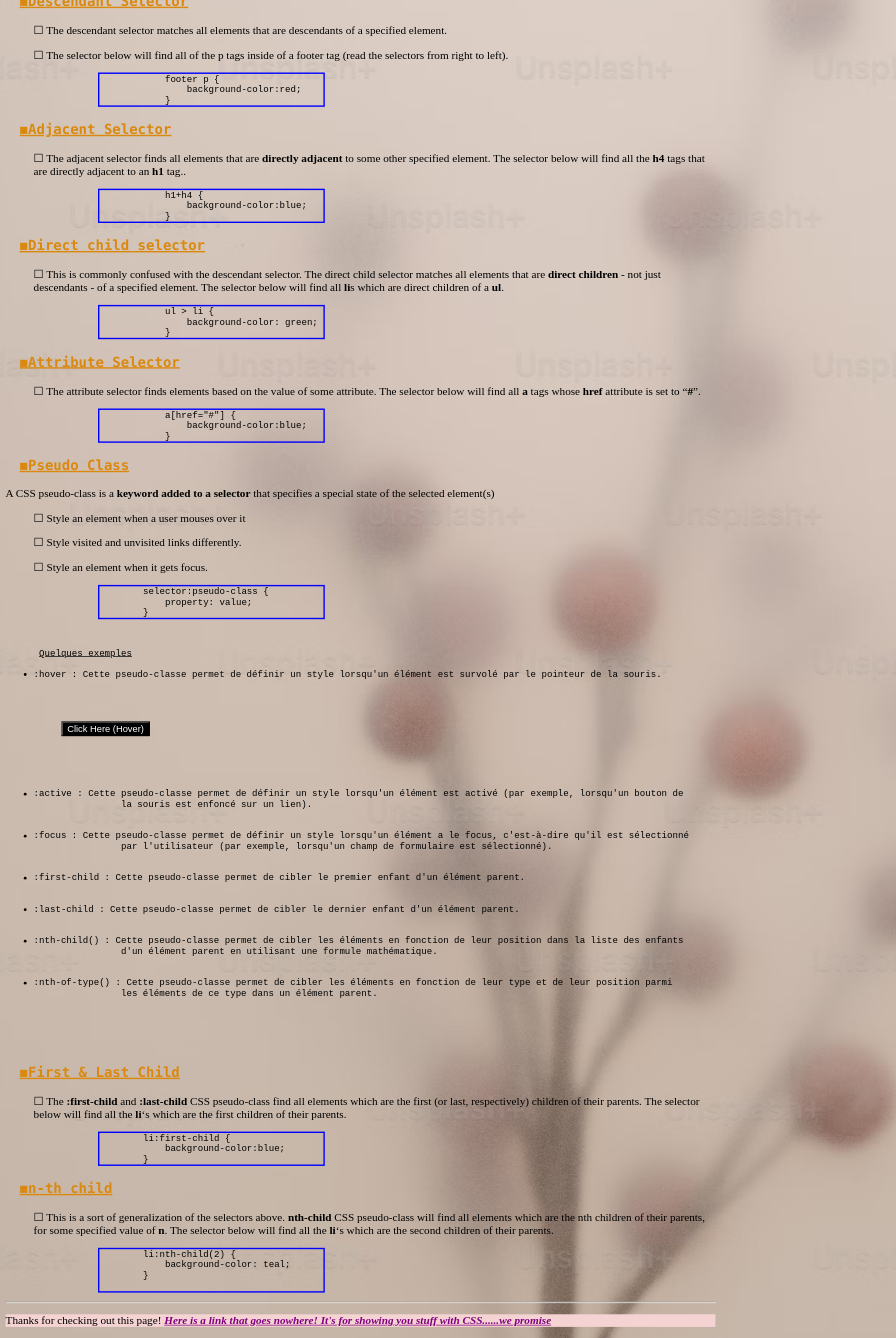
Repository: AnnaSpirit/Tests__
Page: CSS/Useful_Selectors.html
The author's editor kept a copy of each file at every save. The page is drawn from the files as they stood at one save, then again after a run of saves.
The browser window is 1280 px wide. The pictures show the part of the page from y = 751 to 2671 px (the page is 2663 px tall before and 2671 px after), at 70% of full size.

Above is the page before, as saved 2024-04-04 17:27:39.

After the next 4 saves:
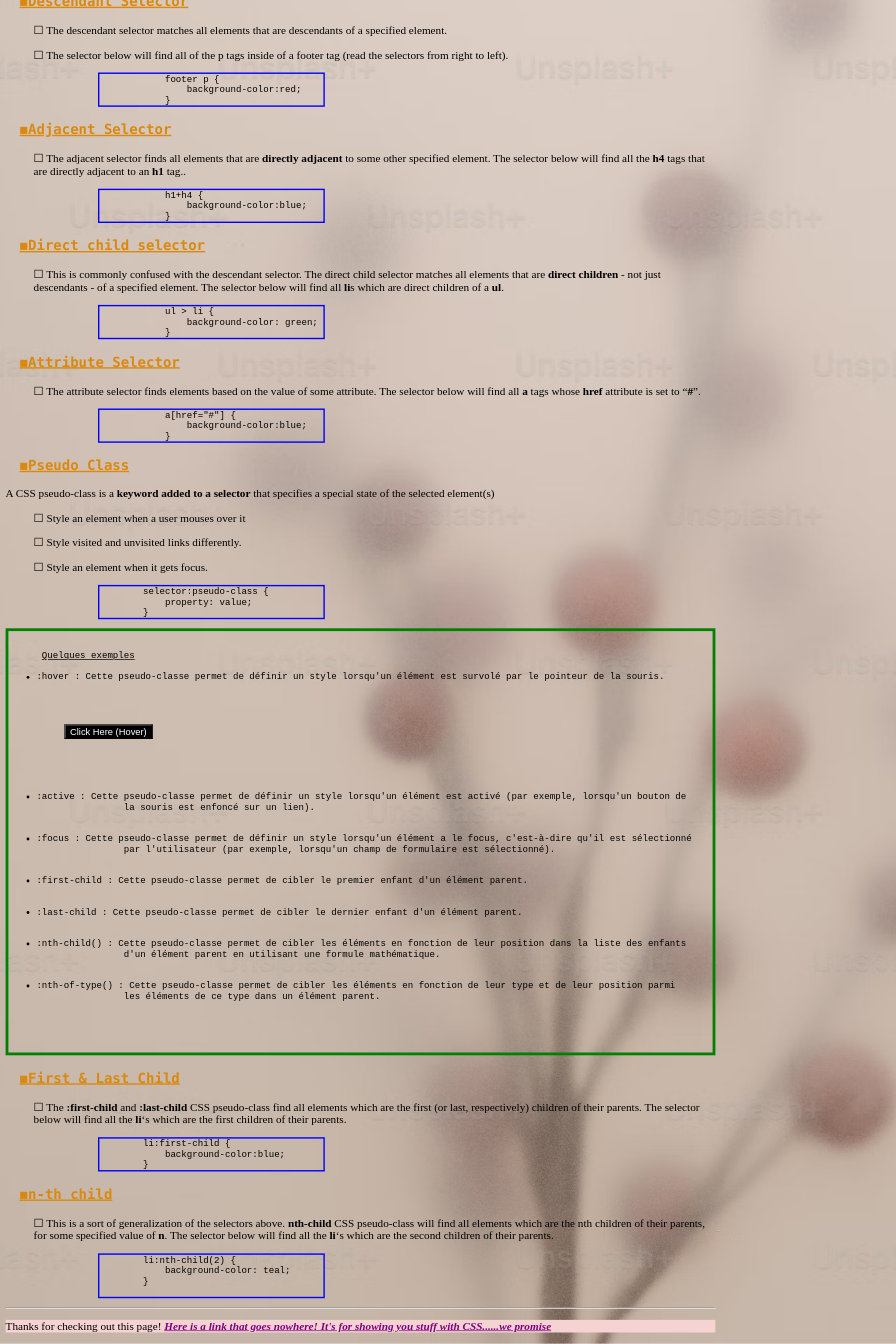
The 4 saves are shown as one change because they came seconds apart.
The last was saved 11 s later.
--- a/CSS/style_Selectors.css
+++ b/CSS/style_Selectors.css
@@ -33,7 +33,7 @@
     margin-left: 132px;
 }
 #box_pseudo{
-
+    border: 4px solid green;
 }
 
 button {
